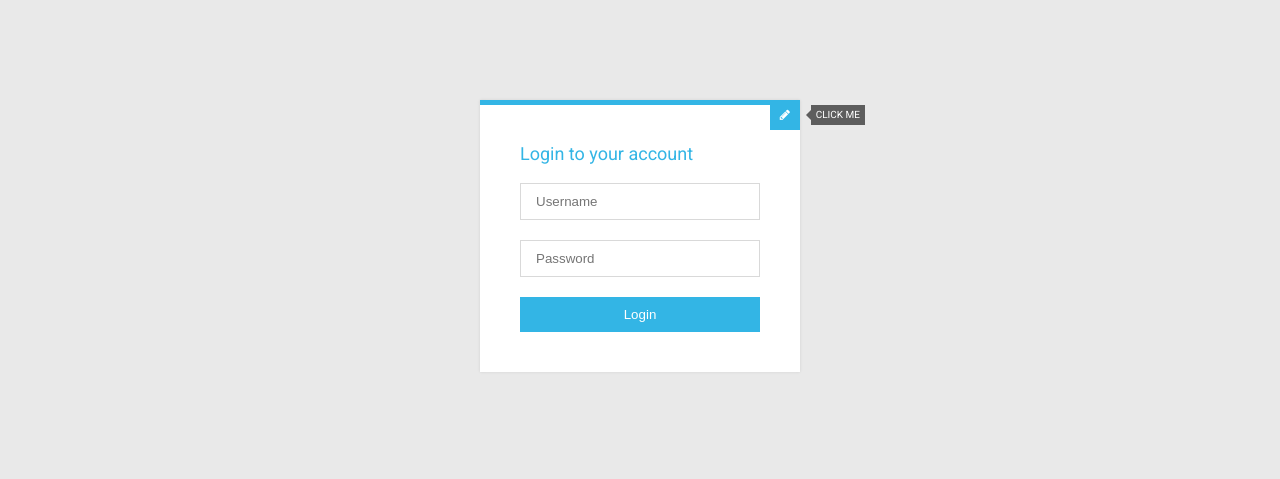
Repository: Txuso/MOPPA-Mobile-Parallel-Processing-Agents-
Page: MoppaWeb/login.html
An editor plug-in stored every save of this project. The page is shown before and after the next save, followed by the edit.
The browser window is 1280 px wide. The pictures show the whole page.
Some web fonts or font styles are not loaded; a fallback is used. Some web libraries are served in a nearby version.

Above is the page before, as saved 2016-01-13 19:11:24.

### MoppaWeb/login.html
<!DOCTYPE html>
<html >
  <head>
    <meta charset="UTF-8">
    <title>MOPPA LOGIN</title>


    <link rel="stylesheet" href="css/reset.css">

    <link rel='stylesheet prefetch' href='http://fonts.googleapis.com/css?family=Roboto:400,100,300,500,700,900|RobotoDraft:400,100,300,500,700,900'>
<link rel='stylesheet prefetch' href='http://maxcdn.bootstrapcdn.com/font-awesome/4.3.0/css/font-awesome.min.css'>

        <link rel="stylesheet" href="css/style.css">
  </head>

  <body>

<div class="pen-title">
</div>
<!-- Form Module-->
<div class="module form-module">
  <div class="toggle"><i class="fa fa-times fa-pencil"></i>
    <div class="tooltip">Click Me</div>
  </div>
  <div class="form">
    <h2>Login to your account</h2>
    <form>
      <input type="text" placeholder="Username"/>
      <input type="password" placeholder="Password"/>
      <button>Login</button>
    </form>
  </div>
  <div class="form">
    <h2>Create an account</h2>
    <form>
      <input type="text" placeholder="Username"/>
      <input type="password" placeholder="Password"/>
      <input type="email" placeholder="Email Address"/>
      <input type="tel" placeholder="Phone Number"/>
      <button>Register</button>
    </form>
  </div>

</div>
    <script src='http://cdnjs.cloudflare.com/ajax/libs/jquery/2.1.3/jquery.min.js'></script>
<script src='http://codepen.io/andytran/pen/vLmRVp.js'></script>

        <script src="js/index.js"></script>




  </body>
</html>

### MoppaWeb/css/style.css
body {
  background: #e9e9e9;
  color: #666666;
  font-family: 'RobotoDraft', 'Roboto', sans-serif;
  font-size: 14px;
  -webkit-font-smoothing: antialiased;
  -moz-osx-font-smoothing: grayscale;
}

/* Pen Title */
.pen-title {
  padding: 50px 0;
  text-align: center;
  letter-spacing: 2px;
}
.pen-title h1 {
  margin: 0 0 20px;
  font-size: 48px;
  font-weight: 300;
}
.pen-title span {
  font-size: 12px;
}
.pen-title span .fa {
  color: #33b5e5;
}
.pen-title span a {
  color: #33b5e5;
  font-weight: 600;
  text-decoration: none;
}

/* Form Module */
.form-module {
  position: relative;
  background: #ffffff;
  max-width: 320px;
  width: 100%;
  border-top: 5px solid #33b5e5;
  box-shadow: 0 0 3px rgba(0, 0, 0, 0.1);
  margin: 0 auto;
}
.form-module .toggle {
  cursor: pointer;
  position: absolute;
  top: -0;
  right: -0;
  background: #33b5e5;
  width: 30px;
  height: 30px;
  margin: -5px 0 0;
  color: #ffffff;
  font-size: 12px;
  line-height: 30px;
  text-align: center;
}
.form-module .toggle .tooltip {
  position: absolute;
  top: 5px;
  right: -65px;
  display: block;
  background: rgba(0, 0, 0, 0.6);
  width: auto;
  padding: 5px;
  font-size: 10px;
  line-height: 1;
  text-transform: uppercase;
}
.form-module .toggle .tooltip:before {
  content: '';
  position: absolute;
  top: 5px;
  left: -5px;
  display: block;
  border-top: 5px solid transparent;
  border-bottom: 5px solid transparent;
  border-right: 5px solid rgba(0, 0, 0, 0.6);
}
.form-module .form {
  display: none;
  padding: 40px;
}
.form-module .form:nth-child(2) {
  display: block;
}
.form-module h2 {
  margin: 0 0 20px;
  color: #33b5e5;
  font-size: 18px;
  font-weight: 400;
  line-height: 1;
}
.form-module input {
  outline: none;
  display: block;
  width: 100%;
  border: 1px solid #d9d9d9;
  margin: 0 0 20px;
  padding: 10px 15px;
  box-sizing: border-box;
  font-wieght: 400;
  -webkit-transition: 0.3s ease;
  transition: 0.3s ease;
}
.form-module input:focus {
  border: 1px solid #33b5e5;
  color: #333333;
}
.form-module button {
  cursor: pointer;
  background: #33b5e5;
  width: 100%;
  border: 0;
  padding: 10px 15px;
  color: #ffffff;
  -webkit-transition: 0.3s ease;
  transition: 0.3s ease;
}
.form-module button:hover {
  background: #178ab4;
}
.form-module .cta {
  background: #f2f2f2;
  width: 100%;
  padding: 15px 40px;
  box-sizing: border-box;
  color: #666666;
  font-size: 12px;
  text-align: center;
}
.form-module .cta a {
  color: #333333;
  text-decoration: none;
}

Loaded but not shown: MoppaWeb/css/reset.css (common file); MoppaWeb/js/index.js (common file)

After the next save:
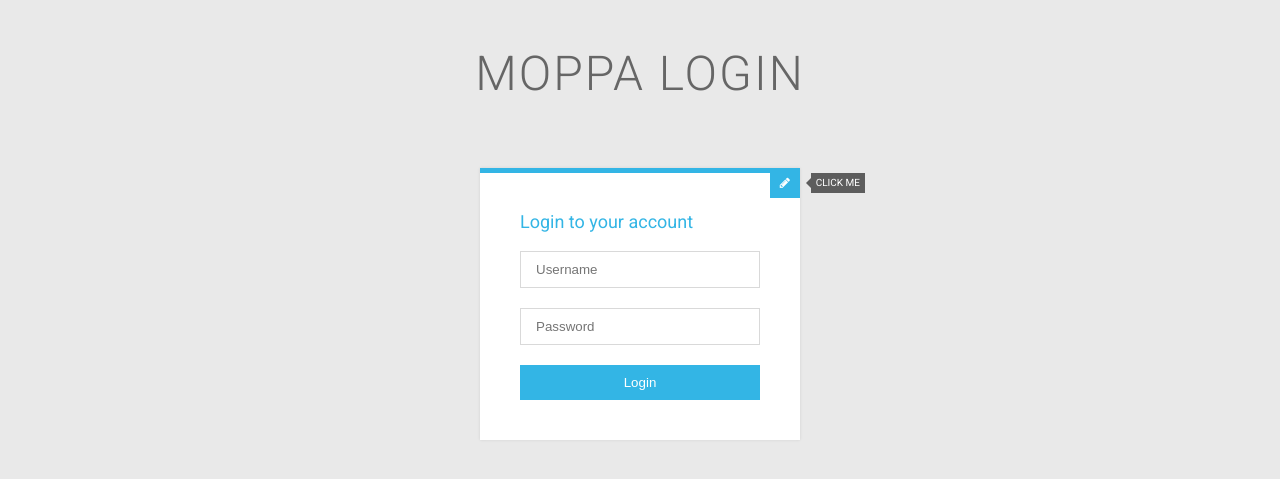
Saved 28 s later.
--- a/MoppaWeb/login.html
+++ b/MoppaWeb/login.html
@@ -2,7 +2,7 @@
 <html >
   <head>
     <meta charset="UTF-8">
-    <title>MOPPA LOGIN</title>
+    <title>Flat Login Form 3.0</title>
 
 
     <link rel="stylesheet" href="css/reset.css">
@@ -11,11 +11,21 @@
 <link rel='stylesheet prefetch' href='http://maxcdn.bootstrapcdn.com/font-awesome/4.3.0/css/font-awesome.min.css'>
 
         <link rel="stylesheet" href="css/style.css">
+
+
+
+
   </head>
 
   <body>
 
+
+<!-- Form Mixin-->
+<!-- Input Mixin-->
+<!-- Button Mixin-->
+<!-- Pen Title-->
 <div class="pen-title">
+  <h1>MOPPA LOGIN</h1>
 </div>
 <!-- Form Module-->
 <div class="module form-module">
